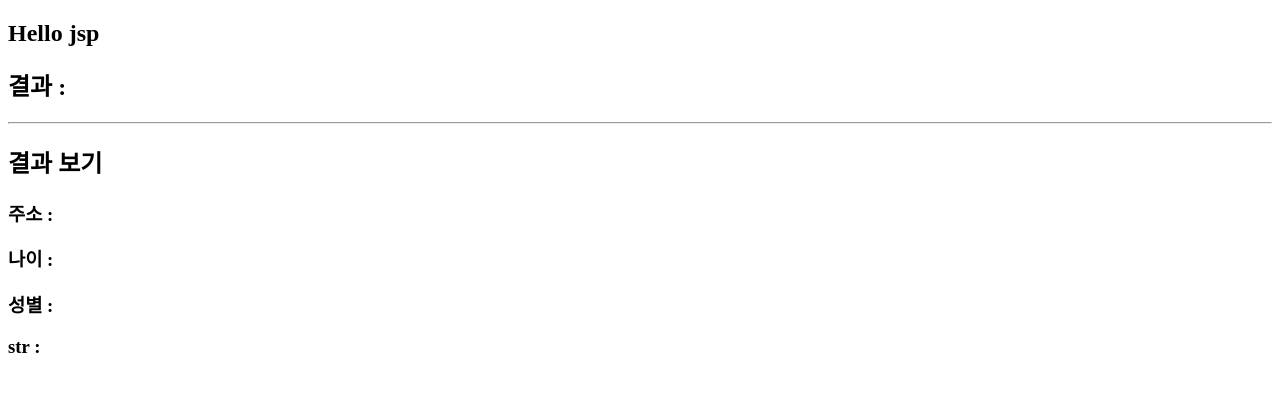
Repository: hagjun/jspstudy
Page: http://localhost/01_servlet/jsp/ex05_pageContext.jsp
These files come from the project's save history. The page is drawn as it stood at one moment and after the next save; the edit follows.
The browser window is 1280 px wide. The pictures show the whole page.
The page is served by Tomcat 9.

Above is the page before, as saved 2024-03-06 07:52:05.

After the next save:
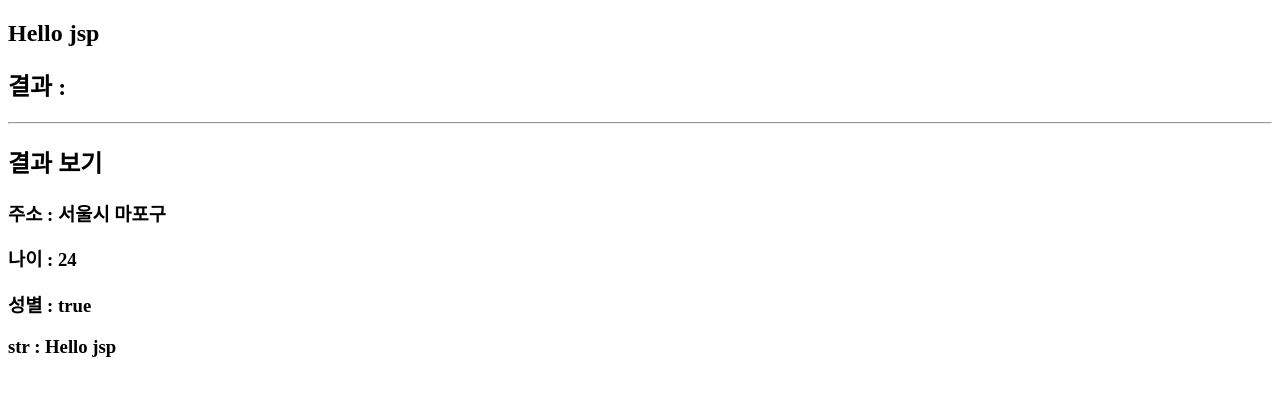
Saved 38 s later.
--- a/01_servlet/src/main/webapp/jsp/ex05_pageContext.jsp
+++ b/01_servlet/src/main/webapp/jsp/ex05_pageContext.jsp
@@ -39,10 +39,10 @@
     	pageContext.setAttribute("str", "Hello jsp");
     %>
 	<h2>결과 보기</h2>
-	<h3>주소 : </h3>
-	<h3>나이 : </h3>
-	<h3>성별 : </h3>
-	<h3>str : </h3>
+	<h3>주소 : ${addr }</h3>
+	<h3>나이 : ${age }</h3>
+	<h3>성별 : ${gender }</h3>
+	<h3>str : ${str}</h3>
 
 
 
